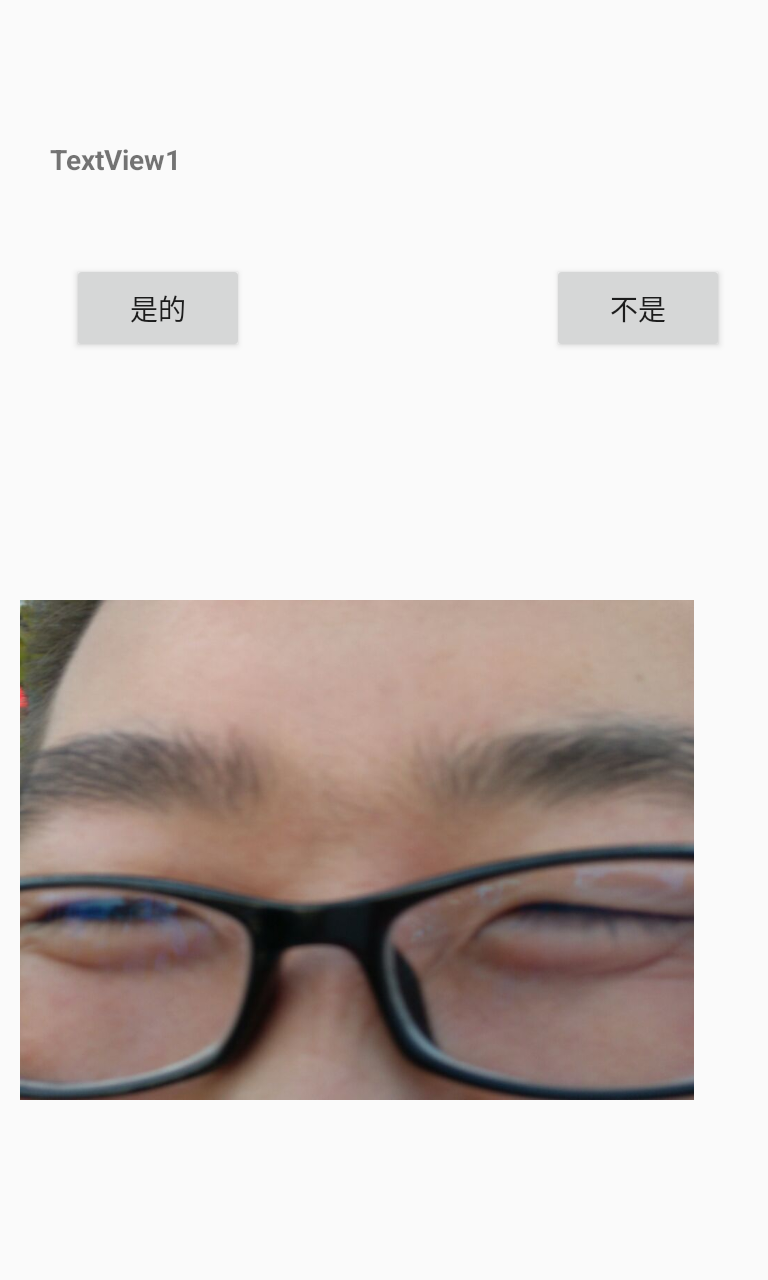
Repository: mjchow/qiuyi
Layout: demo1/res/layout/activity_main.xml
The author's editor kept a copy of each file at every save. The layout is drawn from the files as they stood at one save, then again after the next save.
It is drawn on a 768 x 1280 px phone screen (xhdpi) without system bars, with theme AppTheme; the app's code is not run.

Above is the layout before, as saved 2014-12-25 16:16:57.

### demo1/res/layout/activity_main.xml
<FrameLayout xmlns:android="http://schemas.android.com/apk/res/android"
    xmlns:tools="http://schemas.android.com/tools"
    android:id="@+id/container"
    android:layout_width="match_parent"
    android:layout_height="match_parent"
    tools:context="com.example.demo1.MainActivity"
    tools:ignore="MergeRootFrame" >

    <ImageView
        android:id="@+id/imageview1"
        android:layout_width="480dp"
        android:layout_height="250dp"
        android:layout_marginLeft="10dp"
        android:layout_marginTop="300dp"
        android:scaleType="fitStart"
        android:src="@drawable/ydt1" />

      <TextView
        android:id="@+id/textView1"
        android:layout_width="wrap_content"
        android:layout_height="wrap_content"
        android:layout_marginLeft = "25dp"
        android:layout_marginTop = "70dp"
        android:textStyle="bold"
        android:text="TextView1" />

    <!--  <TextView
        android:id="@+id/textView2"
        android:layout_marginTop="100dp"
        android:layout_width="wrap_content"
        android:layout_height="wrap_content"
        android:text="TextView2" />
        -->
        <Button
        android:id="@+id/button1"
        android:layout_width="wrap_content"
        android:layout_height="wrap_content"
        android:layout_marginLeft = "35dp"
        android:layout_marginTop = "130dp"
        android:text="是的" />

    <Button
        android:id="@+id/button2"
        android:layout_width="wrap_content"
        android:layout_height="wrap_content"
        android:layout_marginLeft = "275dp"
        android:layout_marginTop = "130dp"
        android:text="不是" />

</FrameLayout>

Loaded but not shown: demo1/res/values/styles.xml (common file); demo1/res/values-v11/styles.xml (common file); demo1/res/values-v14/styles.xml (common file)

After the next save:
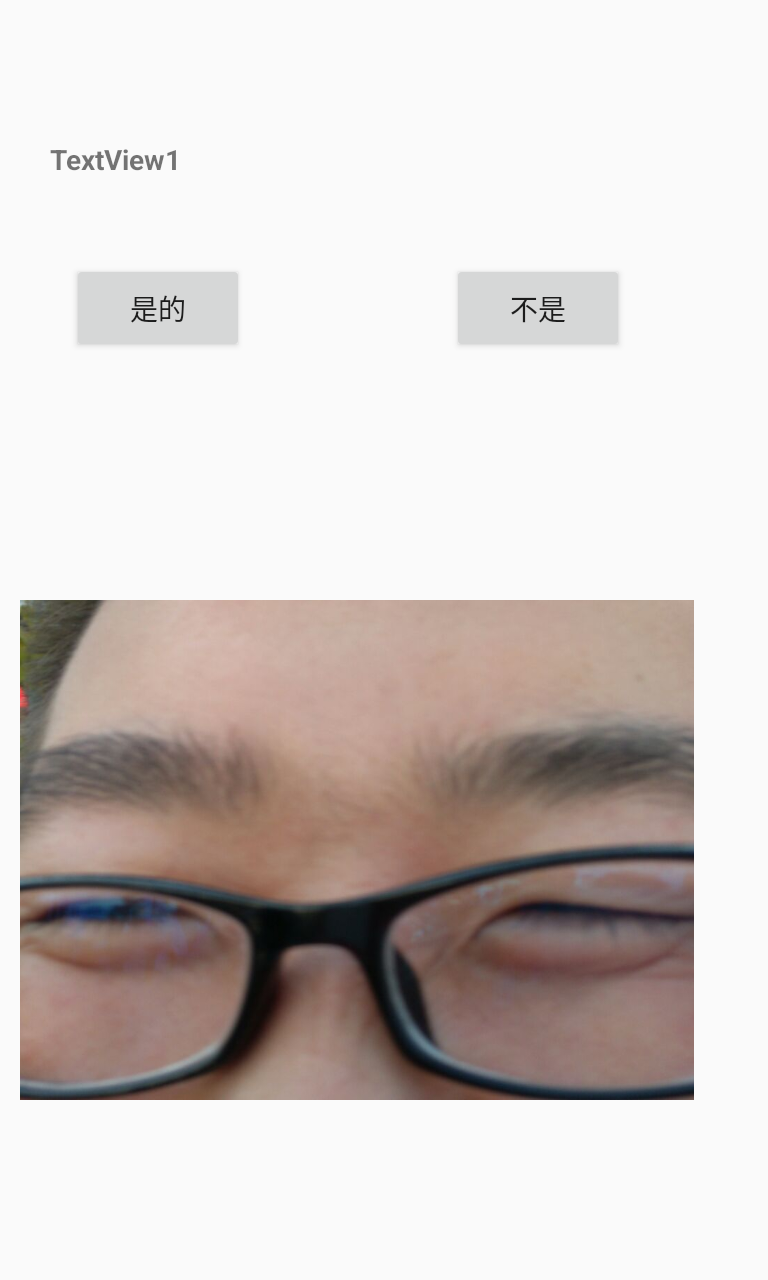
Saved 7 s later.
--- a/demo1/res/layout/activity_main.xml
+++ b/demo1/res/layout/activity_main.xml
@@ -43,7 +43,7 @@
         android:id="@+id/button2"
         android:layout_width="wrap_content"
         android:layout_height="wrap_content"
-        android:layout_marginLeft = "275dp"
+        android:layout_marginLeft = "225dp"
         android:layout_marginTop = "130dp"
         android:text="不是" />
 
